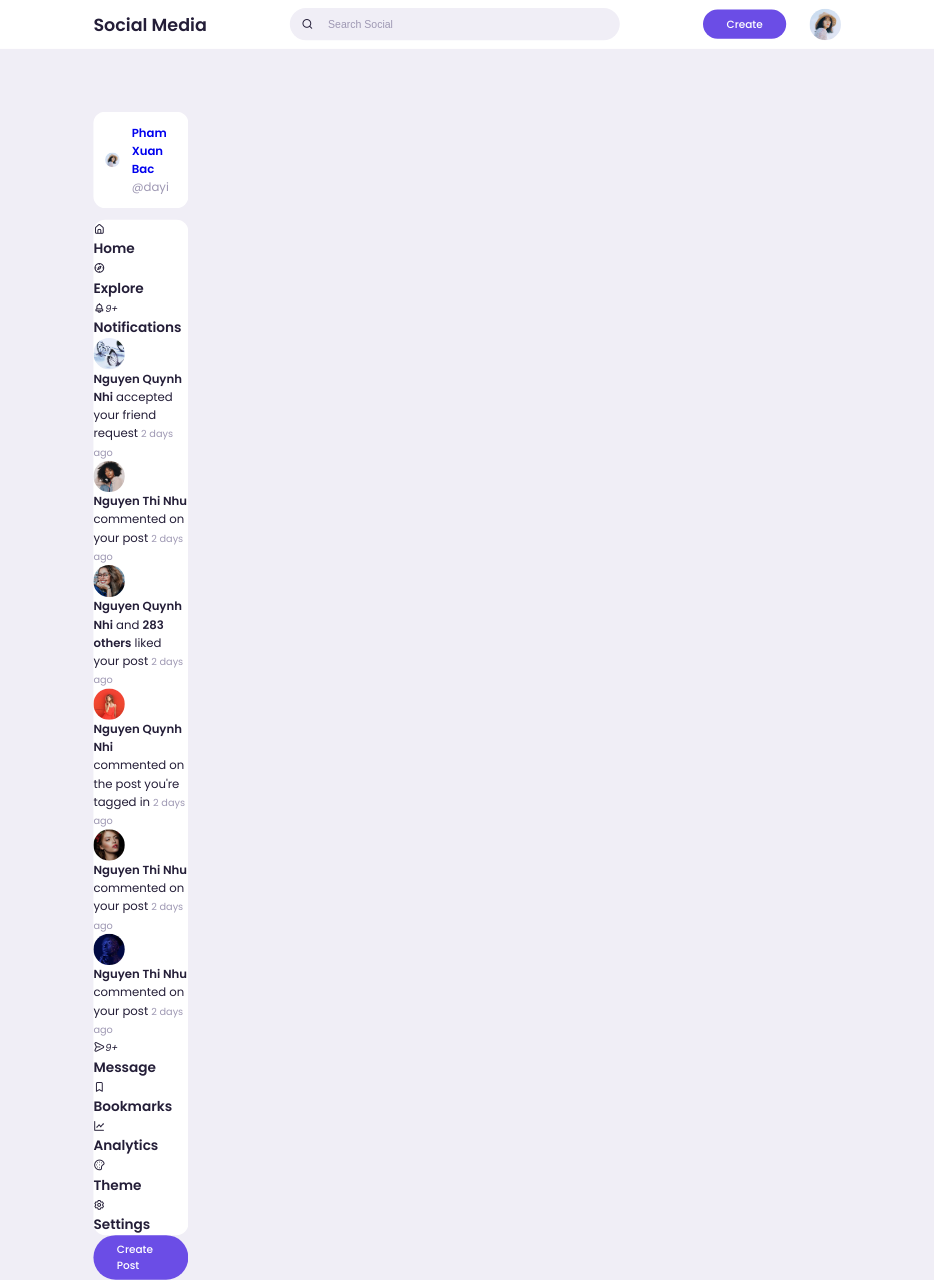
Repository: northpx/socialMedia
Page: index.html
An editor plug-in stored every save of this project. The page is shown before and after a run of saves, followed by the edit.
The browser window is 1280 px wide. The pictures show the whole page, at 73% of full size.

Above is the page before, as saved 2023-03-07 17:21:11.

After the next 11 saves:
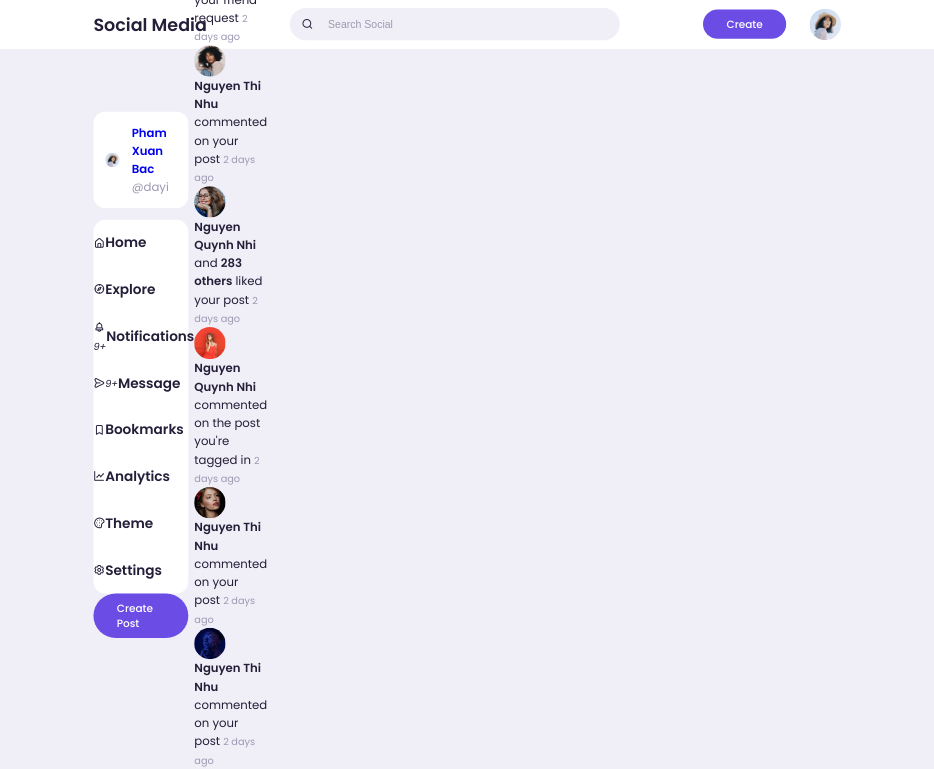
The 11 saves are shown as one change because they came seconds apart.
The last was saved 28 s later.
--- a/css/style.css
+++ b/css/style.css
@@ -155,5 +155,9 @@ main .container .left .profile{
 }
 
 .left .sidebar .menu-item{
-
+    display: flex;
+    align-items: center;
+    height: 4rem;
+    cursor: pointer;
+    translate: all ;
 }
